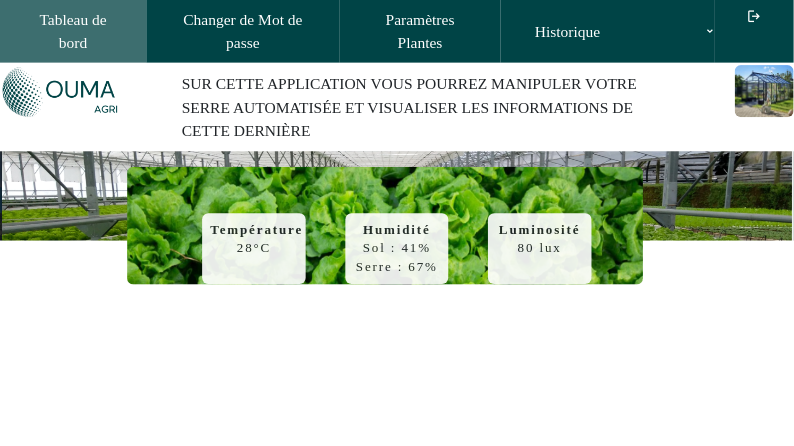
Repository: ODIA221/gestion_serre_automatise
Page: /Dashboard (app in interface/)
The author's editor kept a copy of each file at every save. The page is drawn from the files as they stood at one save, then again after a run of saves.
The browser window is 1280 px wide. The pictures show the whole page, at 62% of full size.
The project was rebuilt for these pictures with package versions that can differ from the ones it lists, and the page was loaded fresh each time. Also part of the build but not shown: interface/src/App.css, interface/src/pages/Connexion.js, interface/src/pages/Historiques.js, interface/src/pages/ParametrePlante.js.

Above is the page before, as saved 2023-03-27 15:34:27.

### interface/public/index.html
<!DOCTYPE html>
<html lang="fr">
  <head>
    <meta charset="utf-8" />
    <link rel="icon" href="%PUBLIC_URL%/favicon.ico" />
    <link rel="stylesheet" href="https://fonts.googleapis.com/css2?family=Material+Symbols+Outlined:opsz,wght,FILL,GRAD@20..48,100..700,0..1,-50..200" />
    <meta name="viewport" content="width=device-width, initial-scale=1" />
    <meta name="theme-color" content="#000000" />
    <meta
      name="description"
      content="Web site created using create-react-app"
    />
    <!-- <link rel="apple-touch-icon" href="%PUBLIC_URL%/logo192.png" /> -->
    <!--
      manifest.json provides metadata used when your web app is installed on a
      user's mobile device or desktop. See https://developers.google.com/web/fundamentals/web-app-manifest/
    -->
    <link rel="manifest" href="%PUBLIC_URL%/manifest.json" />

    <title>Serre Automatisée</title>
  </head>
  <body>

    <noscript>You need to enable JavaScript to run this app.</noscript>
    <div id="root"></div>

  </body>
</html>

### interface/src/index.js
import 'bootstrap/dist/css/bootstrap.min.css';
import React from 'react';
import ReactDOM from 'react-dom/client';
import App from './App.js';
import reportWebVitals from './reportWebVitals';
import { BrowserRouter } from 'react-router-dom';


const root = ReactDOM.createRoot(document.getElementById('root'));
root.render(
  <React.StrictMode>
    <BrowserRouter>
    <App />
    </BrowserRouter>
  </React.StrictMode>
);

reportWebVitals();

### interface/src/App.js
import './App.css';
import Dashboard from './pages/Dashboard';
import LoginForm from './pages/Connexion';
import { Route, Routes } from 'react-router-dom';
import Historiques from './pages/Historiques';
import  TableauDB  from './pages/TableauDB';
import  ParametrePlante  from './pages/ParametrePlante';
function App() {
  return (
  <div className='pages'>

    <Routes>
        <Route index path="/" element={<LoginForm/>} />
        <Route path='/Dashboard' element={<Dashboard/>}>
            <Route path='Historique'  element={<Historiques/>}/>
            <Route path='ParametrePlante' element={<ParametrePlante />}/>
            <Route path='TableauDB' element={<TableauDB />}/>
            <Route path='ChangePW' element='ChangePW'/>

        </Route>
        <Route  path='/*'> Page introuvable</Route>
    </Routes>
  </div>
  );
}

export default App;

### interface/src/pages/Dashboard.js
import React from 'react'
import {Outlet  } from "react-router-dom";
import Header from '../components/Header';
import "./Style2.css";
const Dashboard = () => {
  return (
    <>
    <Header/>
    <div id='container'>
    <Outlet></Outlet>

    </div>
    </>
  )
}

export default Dashboard

### interface/src/components/Header.js
import './Style1.css'
import logoOumaAgri from '../images/logo.png'
import serre from '../images/Serre.jpeg'
import image1 from '../images/imageBG1.png'
import salade from '../images/salade.png'
import { useState } from 'react'
import { Link, useNavigate } from 'react-router-dom'

function Header() {
  const navigate = useNavigate()
  const [open, setOpen] = useState('')
  const [autre, setAutre] = useState(false)
  const [debit, setDebit] = useState(false)
  const [debitdif, setDebitdif] = useState(false)


  const popup = () => {
    setOpen('d-block')
  }
  const autres = (e) => {
    if (e.target.value === "autres") {
      setAutre(true)
      setDebit(false)
      setDebitdif(false)
    } else {
      setAutre(false)
    }
  }
  const debits = (e) => {
    if (e.target.value === "debits") {
      setDebit(true)
      setAutre(false)
    } else {
      setDebit(false)
    }
  }
  const debitdifs = (e) => {
    if (e.target.value === "debitdifs") {
      setDebitdif(true)
      setAutre(false)
    } else {
      setDebitdif(false)
    }
  }

  return (
    <div id='entête'>

      {/* //Menu de navigation */}
      <div id='menuNav' >
        <button id="btnMenuNav"><Link to="/Dashboard/TableauDB">Tableau de bord </Link> </button>
        <button id="btnMenuNav"> <Link to="/Dashboard/ChangePW">Changer de Mot de passe</Link></button>
        <button id="btnMenuNav"> <Link onClick={() => popup()}>Paramètres Plantes</Link></button>

        <select onChange={(e) => navigate(e.target.value)} id="btnMenuNav" >
          <option >Historique</option>
          <option value='/Dashboard/ParametrePlante' >Historique des plantes</option>
          <option value='/Dashboard/Historique'>Historique de la serre</option>
        </select>
        <span className="material-symbols-outlined" id="btnMenuNav">logout</span>
      </div>
      {/* //logo, description et photo serre */}
      <div id='infoNav' >
        <div > <img src={logoOumaAgri} id="imageHeader" alt="Logo Ouma Agri" /></div>
        <div id="textHeader"> Sur cette application vous pourrez manipuler votre serre automatisée  et  visualiser les informations de cette dernière </div>
        <div><img src={serre} id="imageHeader" alt="serre" /></div>
      </div>
      {/* Valeur à temp réel */}
      <div id='VTR'>
        <div id="imagesVTR">
          <img src={image1} id="ImageVTR" alt="" />
          <img src={salade} alt="" id="ImageSaladeVTR" />
        </div>
        <span id="containerVTRTempérature">
          <span id="SouscontainerVTRTempérature">
            <b>Température</b>
            <br /> 28°C
          </span>
          <span id="SouscontainerVTRTempérature">
            <b>Humidité</b>
            <br />Sol : 41%
            <br />Serre : 67%
          </span>
          <span id="SouscontainerVTRTempérature">
            <b>Luminosité</b>
            <br /> 80 lux
          </span>
        </span>
      </div>

      {/*     parametrage plante
 */}      <div className={`modal ${open}`} tabindex="-1">
        <div className="modal-dialog modal-dialog-centered">
          <div id='modalparam' className="modal-content">
            <div className="modal-header d-flex justify-content-center">
              <h5 className="modal-title h2">Parametre d'arrosage</h5>
              {/*  <button type="button" className="btn-close" data-bs-dismiss="modal" aria-label="Close"></button> */}
            </div>
            <div class="modal-body">
              <form id='param'>
                <div class='d-flex flex-column'>
                  <label class="labe1">Nom du plante</label>
                 {(!debit && !debitdif) ? <select onChange={(e) => autres(e)} id="swal-input1" class="swal2-input">
                    <option>Salade</option>
                    <option>Tomate</option>
                    <option value='autres'>Autres</option>
                  </select>: <input type="text" placeholder='donnez une plante'/>}

                  {!debit && !debitdif && !autre && <>
                    <label class="labe3">Heure d'arrosage</label>
                    <select id="swal-input1" class="swal2-input">
                      <option>08h-17h</option>
                      <option>09h-18h</option>
                      <option>11h-19h</option>
                    </select>
                  </>}

                  {!autre && <>
                    <label class="labe2">Durée</label>
                      <select id="swal-input1" class="swal2-input">
                      <option>5mns</option>
                      <option>10mns</option>
                      <option>20mns</option>
                    </select>
                  </>}

                  {
                    autre && <>
                      <div class="d-flex justify-content-center mt-4 gap-3">
                        <button onClick={(e) => debits(e)} class="md" value='debits'>même debit</button>

                        <button onClick={(e) => debitdifs(e)} class="md" value='debitdifs'>débits différents</button>
                      </div>
                    </>
                  }
                  {
                    debit && <>

                      <label class="labe2">Premiere Heure</label>
                      <select id="swal-input1" class="swal2-input">
                        <option>8h</option>
                        <option>10h</option>
                        <option>12h</option>
                      </select>
                      <label class="labe2">Deuxiéme Heure</label>
                      <select id="swal-input1" class="swal2-input">
                        <option>16h</option>
                        <option>18h</option>
                        <option>19H</option>
                      </select>
                    </>
                  }
                  {
                    debitdif && <>

                      <label class="labe2">Premiere Heure</label>
                      <select id="swal-input1" class="swal2-input">
                        <option>8h</option>
                        <option>10h</option>
                        <option>12h</option>
                      </select>

                      <label class="labe2">Durée</label>
                      <select id="swal-input1" class="swal2-input">
                        <option>5mns</option>
                        <option>10mns</option>
                        <option>20mns</option>
                      </select>
                      <label class="labe2">Deuxiéme Heure</label>
                      <select id="swal-input1" class="swal2-input">
                        <option>16h</option>
                        <option>18h</option>
                        <option>19H</option>
                      </select>
                    </>
                  }


                  <div class="d-flex gap-2 justify-content-center mt-5">
                    <button onClick={() => setOpen('')} class="butA">Annulé</button>
                    <button class="butM">Modifié</button>
                  </div>
                </div>
              </form>
            </div>

          </div>
        </div>
      </div>
    </div>



  )
}

export default Header;

### interface/src/pages/Style2.css
table{
    border-radius: 10px;
    width: auto;
    font-size: 25px;
}
thead{
    color: white;
    background-color: #3d6e6f;
}

#container{
    margin: 5%;
}
/* Style page Connextion */
* {
    margin: 0;
    box-sizing: border-box;
    font-family: "CustomFont";
}

.body
{
    height: 100vh;
    width: 100%;
    background-image: url("../images/bg.jpg");
    display: flex;
    flex-wrap: wrap;
    align-items: center;
    justify-content: center;
    background-position: center;
    background-repeat: no-repeat;
    background-size: cover;

}
 div.label
{
    color: white;
    font-size: 20px;
}

h1.label
{
    font-size: 25px;
    font-weight: bold;
    color: white;

}



/* .pages {
    height: 100vh;
    width: 100%;
    display: flex;
    justify-content: center;
    align-items: center;
    font-size: 0.75em;
} */
/* erreurs msg saisies */
error {
    font-size: 18px;
    color: #ff6774;
  }

.corp1, .corp {
    width: 100%;
    height: 50%;
    position: relative;
    border-radius: 1em;
    box-shadow: 0 0.188em 1.550em rgb(156, 156, 156);
    display: flex;
    flex-direction: column;
    align-items: center;
    justify-content: space-around;
    background-color: #004446;
 /*    margin:15bpx; */
}

.corp
{
    margin: 10px;
    background-image: url(../images/rfid1.jpeg);
    background-repeat: no-repeat;
    background-size: cover;

}

.input {
    border: none;
    background-color: white;
    width: 100%;
    border-radius: 0.25em;
    /* text-align: center; */
    padding: 5px;
    font-size: 20px;

}

.input:focus {
    outline-color: rgb(32, 177, 255);
}

.login-btn {
    width: 50%;
    height: 2em;
    background-color: #6DB98D;
    display: flex;
    justify-content: center;
    align-items: center;
    transition: 0.5s;
    border-radius: 5px;
    cursor: pointer;
    color: white;
    font-size: 20px;
    font-weight: bold;

}

.login-btn:hover { transform: scale(1.25);}



/* -------------------- TABLET OPTIMIZATION -------------------- */
@media only screen and (min-device-width: 37em) {
    .page {
        font-size: 1em;
    }

    .corp1,.corp {
        width: 50%;
        height: 60%;
    }
}

/* -------------------- DESKTOP OPTIMIZATION -------------------- */
@media only screen and (min-device-width: 64em) {
    .page {
        font-size: 1.25em;
    }

    .corp1,.corp {
        width: 25%;
        height: 65%;

    }
}

/* fin connexion*/


/* css page paramettre */

.param0
{
    display: flex;
    flex-wrap: wrap;
    justify-content: center;
    align-items: center;
    border-spacing: 30%;
    background-color: #377a7c;
    width: 50%;
    color: white;
    font-size: large;
    font-weight: 25px;
    margin-top: 0%;

}
.param1
{
    width: 30%;
    height: 50%;
    position: relative;
    border-radius: 1em;
    display: flex;
    flex-direction: column;
    align-items: center;
    justify-content: space-around;
    background-color: #004446;
    margin:5px;

}

### interface/src/components/Style1.css
a{
    text-decoration: none;
    color: white;
}
a:hover{
  text-decoration: none;
  color: white;
}
#entête{
    width: 100%;
    display: flex;
    flex-wrap: wrap;
    gap: 4px;

  }
  /* menu navigation */
  #menuNav{
    width: 100%;
      display: flex;
      justify-content: center;

      }

   #btnMenuNav{

        background-color: #004446;
        font-size: 25px;
        color: white;
        padding: 1% 4% 1% 4% ;
        border: none;
      }

      #btnMenuNav:hover{
        background-color: #3d6e6f;

      }

      /* description  */
   #infoNav{
    width: 100%;
    display: flex;
    justify-content: center;
    gap: 7.5%;
    text-transform: uppercase;
   }
    #textHeader{
      margin-top: 1%;
      font-size: 25px;


    }
    #imageHeader{
      height: 40%;
      border-radius: 10px;
    }
   /* image header et valeurs temps réelles */
   #VTR{
    margin-top: -6%;
    width: 100%;

   }
    #ImageVTR{
      width: 100%;
      height: 20%;
      margin-top: 0%;
      position: absolute;
  }
  #ImageSaladeVTR{
    width: 65%;
    height: 190px;
      margin-top: 2%;
      margin-left: 16%;
      position: relative;
      border-radius: 10px;
  }
  #containerVTRTempérature{
    margin-top: -9%;
   display: flex;
   justify-content: center;
   text-align: center;
   gap: 5%;
  position: relative;
  }
  #SouscontainerVTRTempérature{
    width: 13%;
    background-color: white;
    padding: 1%;
    border-radius: 10px;
    line-height: 140%;
    letter-spacing: 3px;
    font-size: 21px;
    opacity: 91%;
  }

 #modalparam{
  border: solid #2d7974;

 }


.butA{
  background-color: red;
  color: white;
  margin-right: 250px;
  padding: 8px;
  border-radius: 7px;
}

.butM{
  background-color:green;
  color: white;
  border-radius: 8px;

}
#swal-input1{
  padding: 15px;
}
#param{
  font-size: 25px;
}
.modal-header{
  text-align: center;
  font-size: 25px;
}
.md{
  border: #2d7974;
  background-color: #2d7974;
  color: white;
  border-radius: 7px;

}

### interface/src/pages/TableauDB.js
import React, { useState } from 'react'
import './Style2.css'
import porteO from '../images/porteO.png'
import porteF from '../images/porteF.png'
import extracteurOn from '../images/extracteurOn.gif'
import extracteurOff from '../images/extracteurOff.png'
import insectAbsent from '../images/insectAbsent.png'
import insectPresent from '../images/insectPresent.gif'
import toitO from '../images/toitO.png'
import toitF from '../images/toitF.png'
import nonArrosage from '../images/nonArrosage.png'
import arrosage from '../images/arrosage.gif'
const TableauDB = () => {
  let x
  let y
  let z

  let porte = "Ouvert"
  let extracteur = "Éteint"
  let insectes = "Absent"
  let [etatToit, setEtatToit] = useState(toitO);
  let [etatArrosage, setEtatArrosage] = useState(nonArrosage);

  let [etatPorte, setEtatPorte] = useState(porte);
  if ( etatPorte === "Ouvert") {
    porte = etatPorte
    setEtatPorte(porteO)
  } else if ( etatPorte === "Fermée") {
    porte = etatPorte
    setEtatPorte(porteF)
  }

  let [etatExtracteur, setEtatExtracteur] = useState(extracteur);
  if ( etatExtracteur === "Allumé") {
    extracteur = etatExtracteur
    setEtatExtracteur(extracteurOn)
  } else if ( etatExtracteur === "Éteint") {
    extracteur = etatExtracteur
    setEtatExtracteur(extracteurOff)
  }

  let [etatInsectes, setEtatInsectes] = useState(insectes);
  if ( etatInsectes === "Présent") {
    insectes = etatInsectes
    setEtatInsectes(insectPresent)
  } else if ( etatInsectes === "Absent") {
    insectes = etatInsectes
    setEtatInsectes(insectAbsent)
  }





  return (
    <div id='containerGeneralDash2'>
      <div >
      <div class='headerDash2'>ÉTATS</div>
      <div class='containerDash2'>

          <div class='elementDash2'>
            <h3>Porte</h3>
            <img src={etatPorte} class="imageDash2" alt="" />
            <h3> {porte}</h3>
          </div>

          <div class='elementDash2'>
            <h3>Extracteur d'air</h3>
            <img src={etatExtracteur} class="imageDash2" alt="" />
            <h3> {extracteur} </h3>
          </div>

          <div class='elementDash2'>
            <h3>Présence d'insectes</h3>
            <img src={etatInsectes} class="imageDash2" alt="" />
            <h3> {insectes}</h3>
          </div>
      </div>
      </div>
      <div >
      <div class='headerDash2 '>CONTRÔLE</div>
      <div class='containerDash2 '>
          <div class='elementDash2 '>
            <h3>Toit de la serre</h3>
            <img src={etatToit} class="imageDash2" alt="" />
            <div class='btnDash'>
            <button class="btn btn-danger" onClick={() => setEtatToit(toitF)}> Fermer</button>
            <button class="btn btn-success" onClick={() => setEtatToit(toitO)}> Ouvrir</button>
            </div>
          </div>

          <div class='elementDash2 '>
            <h3>Arrosage</h3>
            <img src={etatArrosage} class=" imageDash2 imageDash22" alt="" />
            <div class='btnDash'>
            <button class="btn btn-danger" onClick={() => setEtatArrosage(nonArrosage)}> Fermer</button>
            <button class="btn btn-success" onClick={() => setEtatArrosage(arrosage)} > Ouvrir</button>
            </div>
          </div>
      </div>
    </div>
    </div>
  )}


export default TableauDB

Loaded but not shown: interface/src/reportWebVitals.js (common file)

After the next 6 saves:
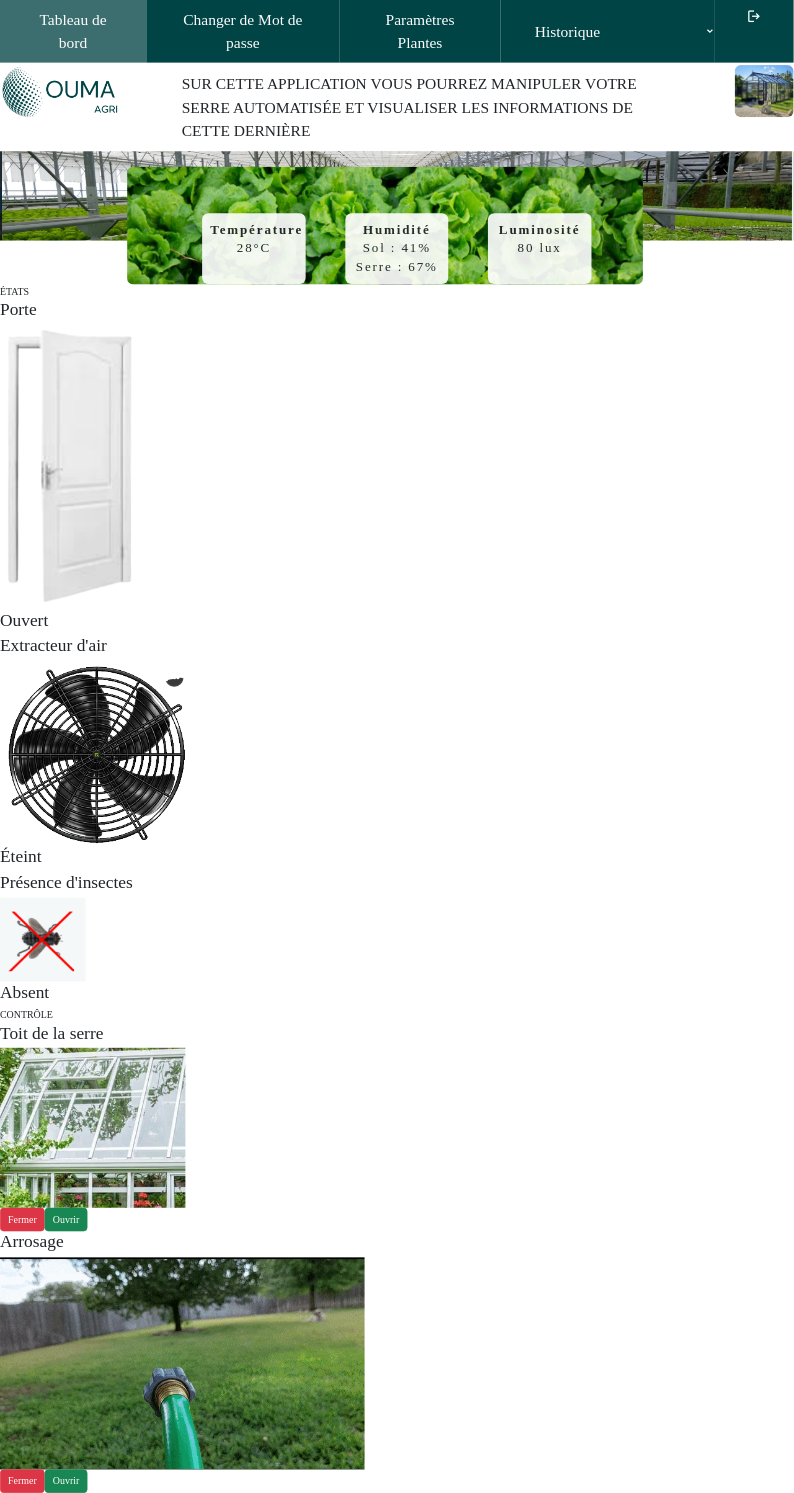
The 6 saves are shown as one change because 1 did not build or start and some came seconds apart.
The last was saved 10 min 25 s later.
--- a/interface/src/pages/Dashboard.js
+++ b/interface/src/pages/Dashboard.js
@@ -2,13 +2,14 @@ import React from 'react'
 import {Outlet  } from "react-router-dom";
 import Header from '../components/Header';
 import "./Style2.css";
+import TableauDB from './TableauDB';
 const Dashboard = () => {
   return (
     <>
     <Header/>
-    <div id='container'>
+    <div id='container2'>
     <Outlet></Outlet>
-
+    <TableauDB></TableauDB>
     </div>
     </>
   )
